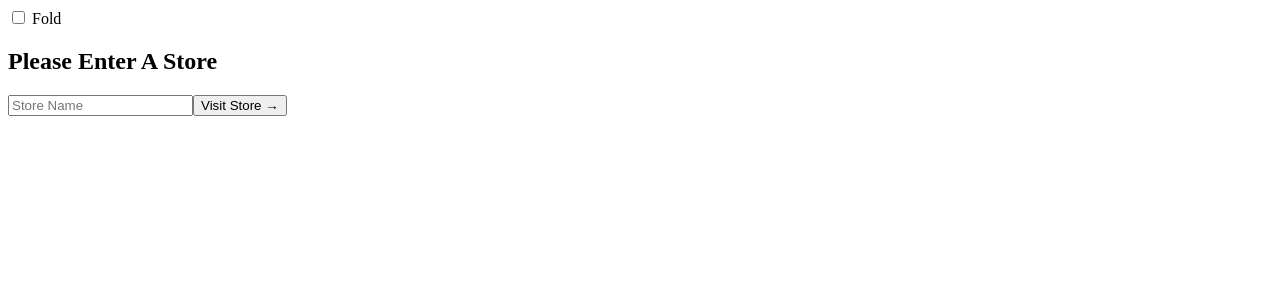
Repository: Youvelop/fish-store
Page: /
The author's editor kept a copy of each file at every save. The page is drawn from the files as they stood at one save, then again after a run of saves.
The browser window is 1280 px wide. The pictures show the whole page.
The project was rebuilt for these pictures with package versions that can differ from the ones it lists, and the page was loaded fresh each time.

Above is the page before, as saved 2020-10-01 10:29:20.

### src/index.js
import React from 'react';
import { render } from 'react-dom';
import StorePicker from './components/StorePicker'



render(<StorePicker />, document.querySelector('#main'));

### src/components/StorePicker.js
import React from "react";

class StorePicker extends React.Component {
    render() {
        return (
            <form className="store-selector">
                <h2>Please Enter A Store</h2>
                <input type="text" required placeholder="Store Name" />
                <button type="submit">Visit Store →</button>
            </form>
        );
    }
}

export default StorePicker;

### src/css/style.css
.order-enter {
  -webkit-transform: translateX(-120%);
          transform: translateX(-120%);
  -webkit-transition: 0.5s;
  transition: 0.5s;
  max-height: 0;
  padding: 0 !important;
}
.order-enter.order-enter-active {
  max-height: 60px;
  -webkit-transform: translateX(0);
          transform: translateX(0);
  padding: 2rem 0 !important;
}
.order-exit {
  -webkit-transition: 0.5s;
  transition: 0.5s;
  -webkit-transform: translateX(0);
          transform: translateX(0);
}
.order-exit.order-exit-active {
  -webkit-transform: translateX(120%);
          transform: translateX(120%);
  padding: 0;
}
.count-enter {
  background: #f00;
  -webkit-transition: 0.25s;
  transition: 0.25s;
  -webkit-transform: translateY(100%);
          transform: translateY(100%);
}
.count-enter.count-enter-active {
  background: #ff0;
  -webkit-transform: translateY(0);
          transform: translateY(0);
}
.count-exit {
  background: #000;
  -webkit-transform: translateY(0);
          transform: translateY(0);
  -webkit-transition: 0.25s;
  transition: 0.25s;
  position: absolute;
  left: 0;
  bottom: 0;
}
.count-exit.count-exit-active {
  background: #008000;
  -webkit-transform: translateY(-100%) scale(3);
          transform: translateY(-100%) scale(3);
}
@font-face {
  font-family: "haymakerregular";
  src: url("./fonts/haymaker-webfont.eot");
  src: url("./fonts/haymaker-webfont.eot?#iefix") format("embedded-opentype"), url("./fonts/haymaker-webfont.woff") format("woff"), url("./fonts/haymaker-webfont.ttf") format("truetype"), url("./fonts/haymaker-webfont.svg#haymakerregular") format("svg");
  font-weight: normal;
  font-style: normal;
}
@font-face {
  font-family: 'blanchcaps_inline';
  src: url("./fonts/blanch_caps_inline-webfont.eot");
  src: url("./fonts/blanch_caps_inline-webfont.eot?#iefix") format('embedded-opentype'), url("./fonts/blanch_caps_inline-webfont.woff") format('woff'), url("./fonts/blanch_caps_inline-webfont.ttf") format('truetype'), url("./fonts/blanch_caps_inline-webfont.svg#blanchcaps_inline") format('svg');
  font-weight: normal;
  font-style: normal;
}
article,
aside,
details,
figcaption,
figure,
footer,
header,
hgroup,
nav,
section,
summary {
  display: block;
}
audio,
canvas,
video {
  display: inline-block;
}
audio:not([controls]) {
  display: none;
  height: 0;
}
[hidden] {
  display: none;
}
html {
  font-family: sans-serif;
  -webkit-text-size-adjust: 100%;
  -ms-text-size-adjust: 100%;
}
a:focus {
  outline: thin dotted;
}
a:active,
a:hover {
  outline: 0;
}
h1 {
  font-size: 2em;
}
abbr[title] {
  border-bottom: 1px dotted;
}
b,
strong {
  font-weight: 700;
}
dfn {
  font-style: italic;
}
mark {
  background: #ff0;
  color: #000;
}
code,
kbd,
pre,
samp {
  font-family: monospace, serif;
  font-size: 1em;
}
pre {
  white-space: pre-wrap;
  word-wrap: break-word;
}
q {
  quotes: 2 1C 2 1D 2 18 2 19;
}
small {
  font-size: 80%;
}
sub,
sup {
  font-size: 75%;
  line-height: 0;
  position: relative;
  vertical-align: baseline;
}
sup {
  top: -0.5em;
}
sub {
  bottom: -0.25em;
}
img {
  border: 0;
}
svg:not(:root) {
  overflow: hidden;
}
fieldset {
  border: 1px solid #c0c0c0;
  margin: 0 2px;
  padding: 0.35em 0.625em 0.75em;
}
button,
input,
select,
textarea {
  font-family: inherit;
  font-size: 100%;
  margin: 0;
}
button,
input {
  line-height: normal;
}
button,
html input[type=button],
input[type=reset],
input[type=submit] {
  -webkit-appearance: button;
  cursor: pointer;
}
button[disabled],
input[disabled] {
  cursor: default;
}
input[type=checkbox],
input[type=radio] {
  box-sizing: border-box;
  padding: 0;
}
input[type=search] {
  -webkit-appearance: textfield;
  box-sizing: content-box;
}
input[type=search]::-webkit-search-cancel-button,
input[type=search]::-webkit-search-decoration {
  -webkit-appearance: none;
}
textarea {
  overflow: auto;
  vertical-align: top;
}
table {
  border-collapse: collapse;
  border-spacing: 0;
}
body,
figure {
  margin: 0;
}
legend,
button::-moz-focus-inner,
input::-moz-focus-inner {
  border: 0;
  padding: 0;
}
.clearfix:after {
  visibility: hidden;
  display: block;
  font-size: 0;
  content: " ";
  clear: both;
  height: 0;
}
* {
  box-sizing: border-box;
}
html {
  font-size: 62.5%;
}
body {
  background: #d4d4d4;
  -webkit-font-smoothing: antialiased;
  -moz-osx-font-smoothing: grayscale;
  font-family: 'Open Sans', sans-serif;
  font-size: 2rem;
}
h1 {
  font-family: 'blanchcaps_inline', sans-serif;
  text-align: center;
  font-weight: normal;
  margin: 0;
}
h2,
h3,
h4,
h5,
h6 {
  font-weight: normal;
  font-family: 'haymakerregular', sans-serif;
}
h2 {
  text-align: center;
  margin-top: 0;
  margin-bottom: 2rem;
}
h3 {
  font-size: 3rem;
}
header.top {
  text-align: center;
}
header.top h1 {
  font-size: 14.4rem;
  line-height: 0.7;
  display: -webkit-box;
  display: flex;
  -webkit-box-pack: center;
          justify-content: center;
}
header.top h1 .ofThe {
  display: -webkit-box;
  display: flex;
  font-size: 3rem;
  color: #f5a623;
  -webkit-box-pack: center;
          justify-content: center;
  -webkit-box-align: center;
          align-items: center;
  background: url("images/anchor.svg") center no-repeat;
  background-size: cover;
  padding: 0 1rem;
}
header.top h1 .ofThe .of {
  padding-right: 2rem;
  position: relative;
  right: -0.5rem;
}
header.top h3 {
  margin: 0;
  font-size: 2rem;
  color: #f5a623;
  position: relative;
  display: inline-block;
}
header.top h3 span {
  background: #fff;
  position: relative;
  z-index: 2;
  padding-left: 1rem;
  padding-right: 1rem;
}
header.top h3:before,
header.top h3:after {
  display: block;
  z-index: 1;
  background: #000;
  position: absolute;
  width: 130%;
  height: 1px;
  content: '';
  top: 5px;
  margin-left: -15%;
}
header.top h3:after {
  top: auto;
  bottom: 7px;
}
.catch-of-the-day {
  display: -webkit-box;
  display: flex;
  height: 90vh;
  max-width: 1500px;
  margin: 0 auto;
  margin-top: 5vh;
  -webkit-perspective: 1000px;
          perspective: 1000px;
  -webkit-transform-style: preserve-3d;
          transform-style: preserve-3d;
}
.catch-of-the-day > * {
  -webkit-box-flex: 1;
          flex: 1 4 auto;
  padding: 2rem;
  border: 1rem double #1a1a1a;
  position: relative;
  background: #fff;
  -webkit-transition: all 0.3s;
  transition: all 0.3s;
  box-shadow: 0 5px 5px rgba(0,0,0,0.1);
  overflow: scroll;
}
.catch-of-the-day > *:first-child {
  flex-shrink: 1;
  flex-basis: 50%;
  -webkit-transform: translateX(50%) rotateY(6deg) translateX(-50%);
          transform: translateX(50%) rotateY(6deg) translateX(-50%);
}
.catch-of-the-day > *:nth-child(2) {
  -webkit-transform: translateX(-50%) rotateY(-14deg) translateX(50%);
          transform: translateX(-50%) rotateY(-14deg) translateX(50%);
  border-left: 0;
  border-right: 0;
  min-width: 300px;
}
.catch-of-the-day > *:last-child {
  flex-shrink: 1;
  flex-basis: 50%;
  -webkit-transform: translateX(-50%) rotateY(10deg) translateX(50%) scale(1.08) translateX(24px);
          transform: translateX(-50%) rotateY(10deg) translateX(50%) scale(1.08) translateX(24px);
}
input#fold:not(:checked) ~ #main .catch-of-the-day > * {
  -webkit-transform: none;
          transform: none;
}
label[for="fold"] {
  position: absolute;
  top: 1rem;
  left: 1rem;
  text-transform: uppercase;
  font-size: 1.3rem;
  background: #000;
  color: #fff;
  border: 2px solid #000;
  cursor: pointer;
  padding: 0.5rem 1rem;
}
input#fold {
  display: none;
}
input#fold:checked + label {
  background: #fff;
  color: #000;
}
ul {
  list-style: none;
  margin: 0;
  padding: 0;
}
ul.order li {
  border-bottom: 1px solid #000;
  padding: 2rem 0;
  display: -webkit-box;
  display: flex;
  font-size: 1.4rem;
  -webkit-box-pack: justify;
          justify-content: space-between;
  -webkit-box-align: center;
          align-items: center;
}
ul.order li:hover button {
  display: inline;
}
ul.order li button {
  border: 0;
  display: none;
  line-height: 1;
  padding: 0;
}
ul.order li.unavailable {
  text-decoration: line-through;
  background: #f8d0d2;
}
ul.order li .price {
  font-size: 1.2rem;
}
ul.order li span.count {
  position: relative;
  overflow: hidden;
  float: left;
}
ul.order li span.count span {
  display: inline-block;
}
.total {
  padding: 2rem 0;
  font-size: 1.4rem;
  border-bottom: 3px solid #000;
  border-top: 3px double #000;
}
.total strong {
  float: right;
}
.order-title {
  text-align: center;
}
.fish-edit {
  margin-bottom: 20px;
  border: 2px solid #000;
  overflow: hidden;
  display: -webkit-box;
  display: flex;
  flex-wrap: wrap;
}
.fish-edit input,
.fish-edit textarea,
.fish-edit select {
  width: 33.33%;
  padding: 10px;
  line-height: 1;
  font-size: 1.2rem;
  border: 0;
  border-bottom: 1px solid #000;
  border-right: 1px solid #000;
  -webkit-appearance: none;
     -moz-appearance: none;
          appearance: none;
  border-radius: 0;
  background: #fff;
}
.fish-edit input:focus,
.fish-edit textarea:focus,
.fish-edit select:focus {
  outline: 0;
  background: #fef2de;
}
.fish-edit textarea {
  width: 100%;
}
.fish-edit input:last-of-type {
  width: 100%;
}
.fish-edit button {
  width: 100%;
  border: 0;
}
.list-of-fish {
  border-top: 2px solid #000;
  border-bottom: 1px solid #000;
  padding-top: 5px;
  margin-top: 2rem;
  -webkit-transform: translateZ(0);
          transform: translateZ(0);
}
.menu-fish {
  border-bottom: 2px solid #000;
  border-top: 1px solid #000;
  padding-bottom: 2rem;
  padding-top: 2rem;
  margin-bottom: 5px;
  clear: both;
  overflow: hidden;
}
.menu-fish p {
  margin: 0;
  font-size: 1.8rem;
}
.menu-fish .fish-name {
  margin: 0;
  display: -webkit-box;
  display: flex;
  -webkit-box-pack: justify;
          justify-content: space-between;
  -webkit-box-align: center;
          align-items: center;
}
.menu-fish .price {
  font-size: 1.4rem;
  -webkit-box-pack: end;
          justify-content: flex-end;
}
.menu-fish img {
  float: left;
  width: 150px;
  margin-right: 1rem;
}
button,
input[type=submit] {
  text-transform: uppercase;
  background: none;
  border: 1px solid #000;
  font-weight: 600;
  font-size: 1.5rem;
  font-family: 'Open Sans', sans-serif;
  -webkit-transition: all 0.2s;
  transition: all 0.2s;
  position: relative;
  z-index: 2;
}
button[disabled],
input[type=submit][disabled] {
  color: #d12028;
  background: #fff;
  border-color: #d12028;
  -webkit-transform: rotate(-10deg) scale(2) translateX(50%) translateY(-50%);
          transform: rotate(-10deg) scale(2) translateX(50%) translateY(-50%);
}
button[disabled]:hover,
input[type=submit][disabled]:hover {
  color: #d12028;
  cursor: not-allowed;
}
button[disabled]:after,
input[type=submit][disabled]:after {
  display: none;
}
button:after,
input[type=submit]:after {
  content: '';
  z-index: -1;
  display: block;
  background: #000;
  position: absolute;
  width: 100%;
  height: 0;
  left: 0;
  top: 0;
  -webkit-transition: all 0.2s;
  transition: all 0.2s;
}
button:hover,
input[type=submit]:hover,
button:focus,
input[type=submit]:focus {
  color: #fff;
  outline: 0;
}
button:hover:after,
input[type=submit]:hover:after,
button:focus:after,
input[type=submit]:focus:after {
  height: 100%;
}
button.warning:after,
input[type=submit].warning:after {
  background: #d12028;
}
button.success:after,
input[type=submit].success:after {
  background: #2dc22d;
}
button.github,
input[type=submit].github,
button.facebook,
input[type=submit].facebook,
button.twitter,
input[type=submit].twitter {
  border: 0;
  display: block;
  margin-bottom: 2rem;
  width: 100%;
  color: #fff;
  padding: 2rem;
}
button.github,
input[type=submit].github {
  background: #82d465;
}
button.github:after,
input[type=submit].github:after {
  background: #5cc437;
}
button.facebook,
input[type=submit].facebook {
  background: #3864a3;
}
button.facebook:after,
input[type=submit].facebook:after {
  background: #2d5082;
}
button.twitter,
input[type=submit].twitter {
  background: #5ea9dd;
}
button.twitter:after,
input[type=submit].twitter:after {
  background: #2c8dd0;
}
.store-selector {
  background: #fff;
  max-width: 500px;
  margin: 50px auto;
  padding: 2rem;
  border: 2px solid #000;
}
.store-selector input,
.store-selector button {
  width: 100%;
}
.store-selector input[type="text"],
.store-selector button[type="text"] {
  text-align: center;
  font-size: 3rem;
}

Loaded but not shown: public/index.html (common file)

After the next 2 saves:
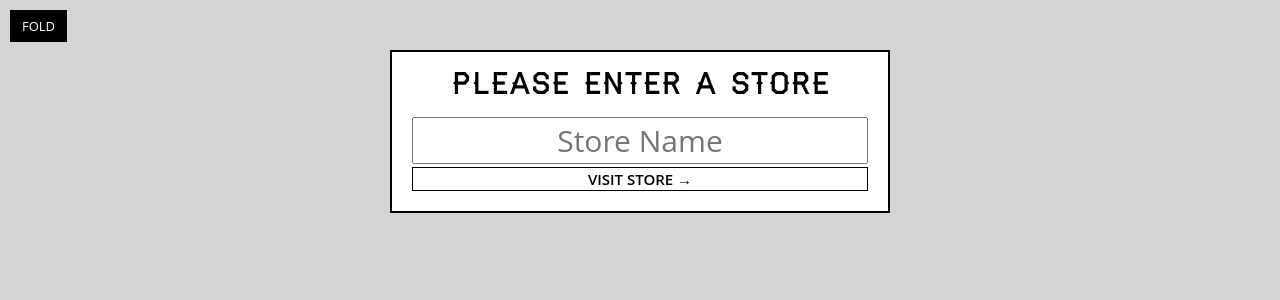
The 2 saves are shown as one change because 1 did not build or start.
The last was saved 32 s later.
--- a/src/index.js
+++ b/src/index.js
@@ -1,6 +1,7 @@
 import React from 'react';
 import { render } from 'react-dom';
 import StorePicker from './components/StorePicker'
+import './css/style.css'
 
 
 
